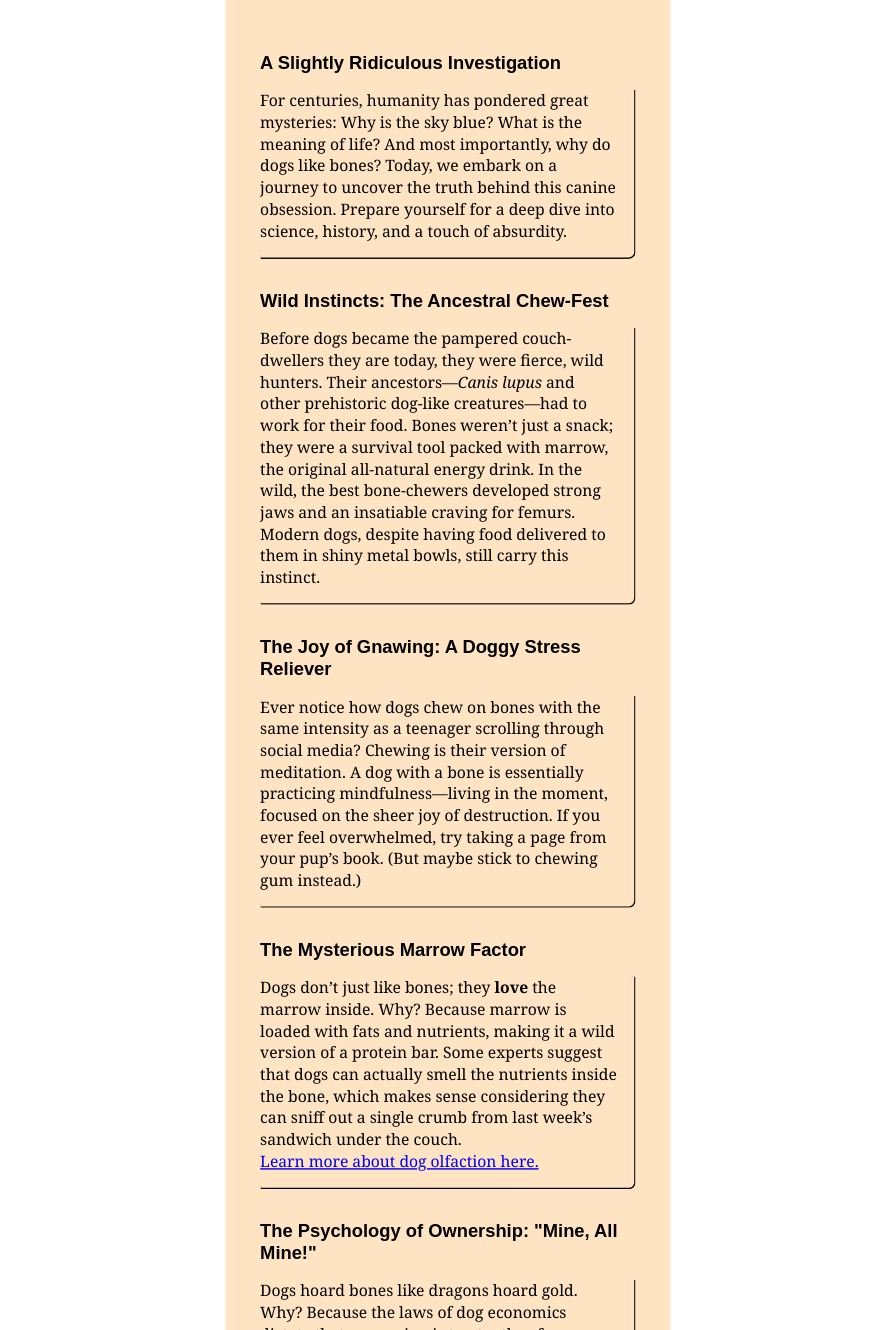
Repository: Leith-vdl/apprentice-challenge-1
Page: index.html
The author's editor kept a copy of each file at every save. The page is drawn from the files as they stood at one save, then again after the next save.
The browser window is 1280 px wide. The pictures show the part of the page from y = 97 to 1997 px (the page is 3233 px tall before and 2781 px after), at 70% of full size.
A picture or video elsewhere on the page could not be fetched, so the positions and the page height are approximate. Some web fonts or font styles are not loaded; a fallback is used.

Above is the page before, as saved 2025-02-06 09:00:38.

After the next save:
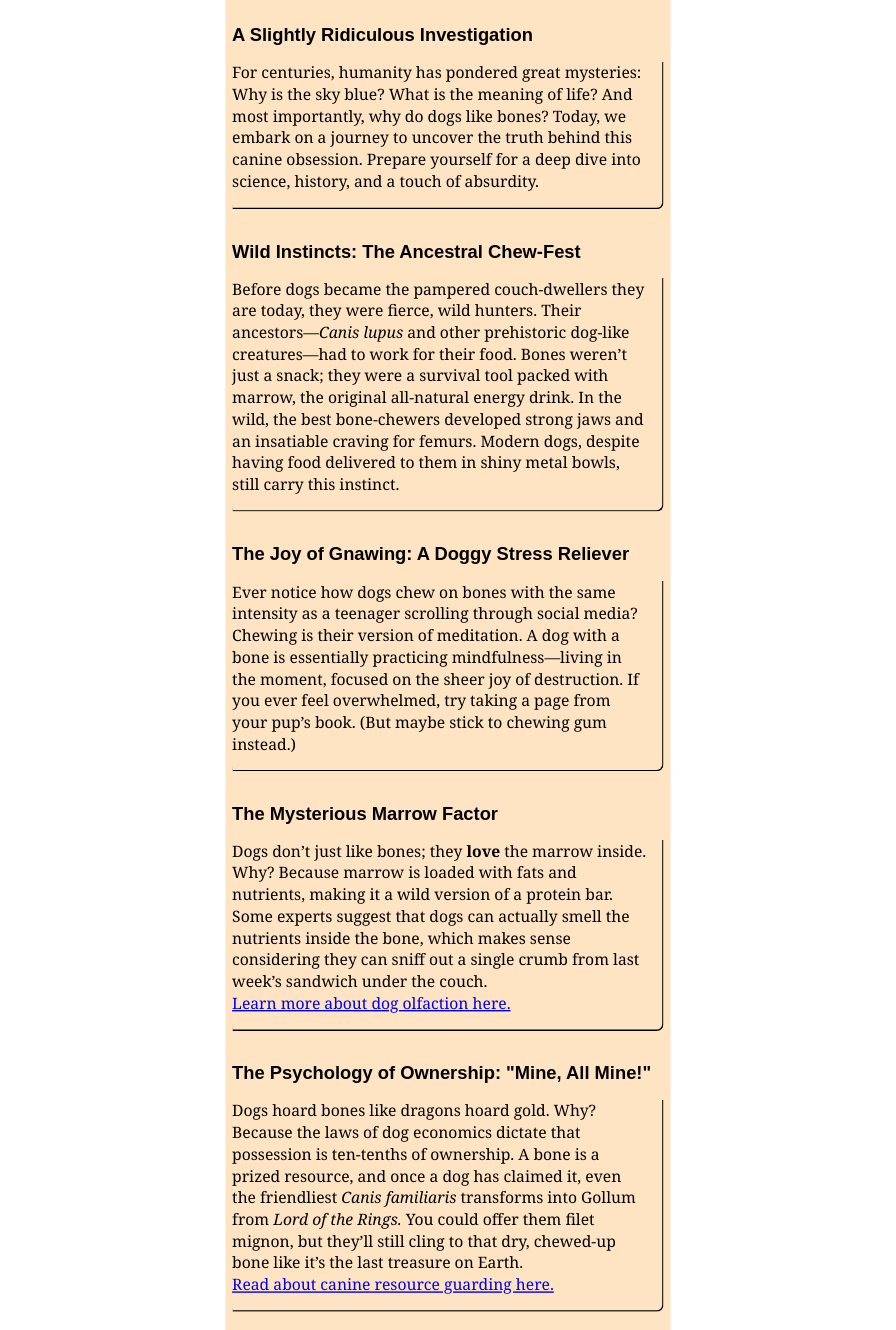
Saved 5 s later.
--- a/styles/styles.css
+++ b/styles/styles.css
@@ -5,7 +5,7 @@ body {
 
 main {
     margin: 0 14em;
-    padding: 50px;
+    padding: 10px;
     background-color: bisque;
 }
 
